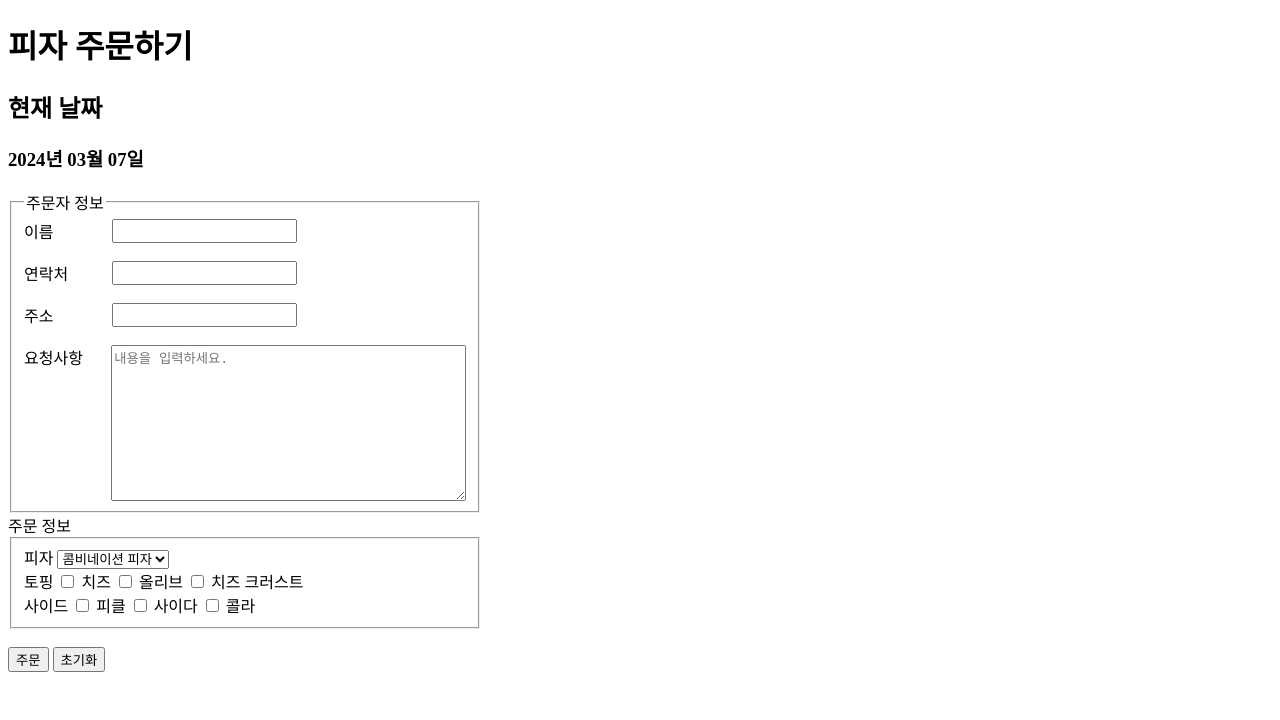
Repository: smjae96/Backup
Page: http://localhost/2_JSP/views/pizza/orderForm.jsp
The author's editor kept a copy of each file at every save. The page is drawn from the files as they stood at one save, then again after the next save.
The browser window is 1280 px wide. The pictures show the whole page.
The page is served by Tomcat 9.

Above is the page before, as saved 2024-03-08 02:13:47.

### 5_Servlet/2_JSP/src/main/webapp/views/pizza/orderForm.jsp
<%@ page language="java" contentType="text/html; charset=UTF-8"
    pageEncoding="UTF-8"%>
<%@ page import="java.util.ArrayList, java.util.Date, java.text.SimpleDateFormat" %>
<!DOCTYPE html>
<html>
<head>
<meta charset="UTF-8">
<title>Pizza Order</title>
<style>
	fieldset {
		width: 35%;
	}
	.info {
		display: flex;
	}
	label {
		width: 20%;
	}
	textarea {
		width: 80%
	}
</style>
</head>
<body>
<h1>피자 주문하기</h1>
<h2>현재 날짜</h2>
<h3><% Date d = new Date();
		SimpleDateFormat sdf = new SimpleDateFormat("yyyy년 MM월 dd일");
		String today = sdf.format(d);
		out.println(today);
	%></h3>

<form action="" method="post">

	<fieldset>
		<legend>주문자 정보</legend>
		<div class="info">
		<label>이름</label>
		<input type="text" name="name" required>
		</div>
		<br>
		<div class="info">
		<label>연락처</label>
		<input type="text" name="phone" required>
		</div>
		<br>
		<div class="info">
		<label>주소</label>
		<input type="text" name="address" required>
		</div>
		<br>
		<div style="display: flex;">
		<label>요청사항</label>
		<textarea rows=10 placeholder="내용을 입력하세요." name="request"></textarea>
		</div>
	</fieldset>
	<div>주문 정보</div>
	<fieldset>
		<label>피자</label>
		<select name="pizza">
			<option>콤비네이션 피자</option>
			<option>치즈 피자</option>
			<option>불고기 피자</option>
			<option>포테이토 피자</option>
			<option>맛없는 피자</option>
		</select>
		<br>
		<label>토핑</label>
		<input type="checkbox" name="topping">
		<label>치즈</label>
		<input type="checkbox" name="topping">
		<label>올리브</label>
		<input type="checkbox" name="topping">
		<label>치즈 크러스트</label>
		<br>
		<label>사이드</label>
		<input type="checkbox" name="side">
		<label>피클</label>
		<input type="checkbox" name="side">
		<label>사이다</label>
		<input type="checkbox" name="side">
		<label>콜라</label>
	</fieldset>
	<br>
	<input type="submit" value="주문">
	<input type="reset" value="초기화">
</form>

</body>
</html>

After the next save:
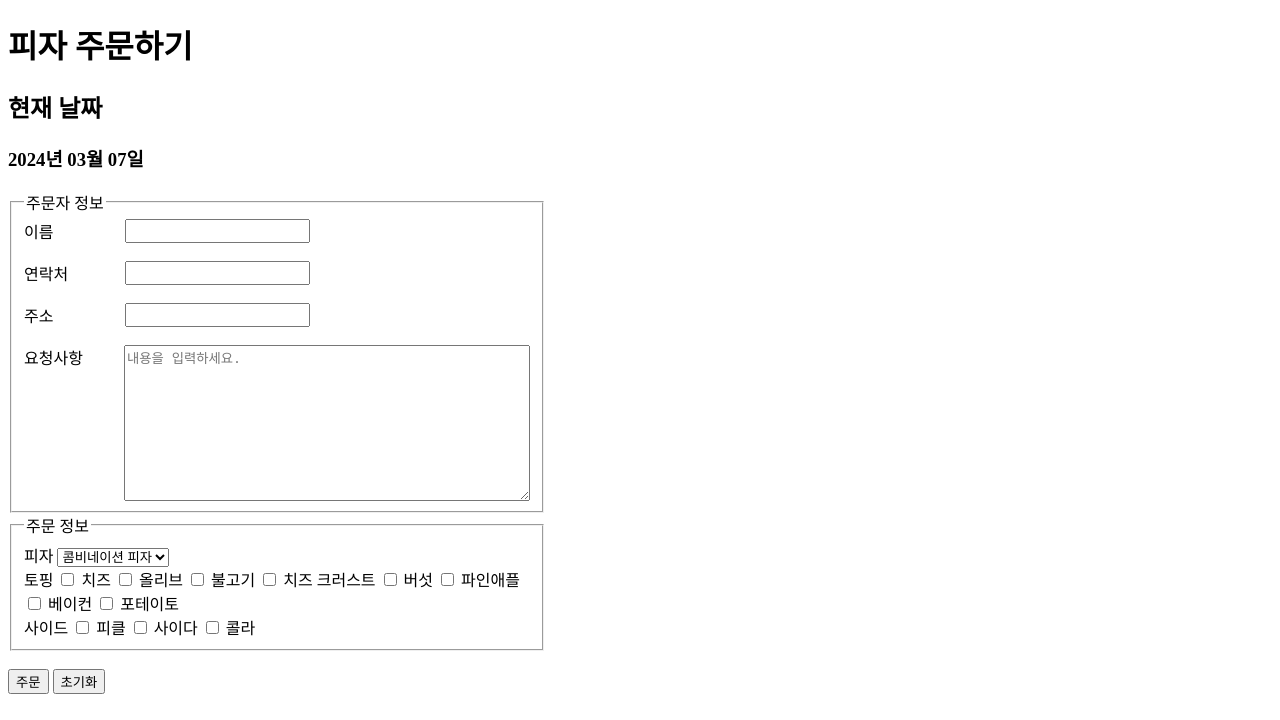
Saved 19 s later.
--- a/5_Servlet/2_JSP/src/main/webapp/views/pizza/orderForm.jsp
+++ b/5_Servlet/2_JSP/src/main/webapp/views/pizza/orderForm.jsp
@@ -8,7 +8,7 @@
 <title>Pizza Order</title>
 <style>
 	fieldset {
-		width: 35%;
+		width: 40%;
 	}
 	.info {
 		display: flex;
@@ -30,7 +30,7 @@
 		out.println(today);
 	%></h3>
 
-<form action="" method="post">
+<form action="/2_JSP/orderPizza.do" method="GET">
 
 	<fieldset>
 		<legend>주문자 정보</legend>
@@ -51,34 +51,45 @@
 		<br>
 		<div style="display: flex;">
 		<label>요청사항</label>
-		<textarea rows=10 placeholder="내용을 입력하세요." name="request"></textarea>
+		<textarea rows=10 placeholder="내용을 입력하세요." name="requestion"></textarea>
 		</div>
 	</fieldset>
-	<div>주문 정보</div>
+
 	<fieldset>
+		<legend>주문 정보</legend>
 		<label>피자</label>
-		<select name="pizza">
-			<option>콤비네이션 피자</option>
-			<option>치즈 피자</option>
-			<option>불고기 피자</option>
-			<option>포테이토 피자</option>
-			<option>맛없는 피자</option>
+		<select name="menu">
+			<option value="콤비네이션피자">콤비네이션 피자</option>
+			<option value="치즈피자">치즈 피자</option>
+			<option value="불고기피자">불고기 피자</option>
+			<option value="포테이토피자">포테이토 피자</option>
+			<option value="하와이안피자">하와이안 피자</option>
 		</select>
 		<br>
 		<label>토핑</label>
-		<input type="checkbox" name="topping">
+		<input type="checkbox" name="topping" value="치즈">
 		<label>치즈</label>
-		<input type="checkbox" name="topping">
+		<input type="checkbox" name="topping" value="올리브">
 		<label>올리브</label>
-		<input type="checkbox" name="topping">
+		<input type="checkbox" name="topping" value="불고기">
+		<label>불고기</label>
+		<input type="checkbox" name="topping" value="치즈 크러스트">
 		<label>치즈 크러스트</label>
+		<input type="checkbox" name="topping" value="버섯">
+		<label>버섯</label>
+		<input type="checkbox" name="topping" value="파인애플">
+		<label>파인애플</label>
+		<input type="checkbox" name="topping" value="베이컨">
+		<label>베이컨</label>
+		<input type="checkbox" name="topping" value="포테이토">
+		<label>포테이토</label>
 		<br>
 		<label>사이드</label>
-		<input type="checkbox" name="side">
+		<input type="checkbox" name="side" value="피클">
 		<label>피클</label>
-		<input type="checkbox" name="side">
+		<input type="checkbox" name="side" value="사이다">
 		<label>사이다</label>
-		<input type="checkbox" name="side">
+		<input type="checkbox" name="side" value="콜라">
 		<label>콜라</label>
 	</fieldset>
 	<br>
